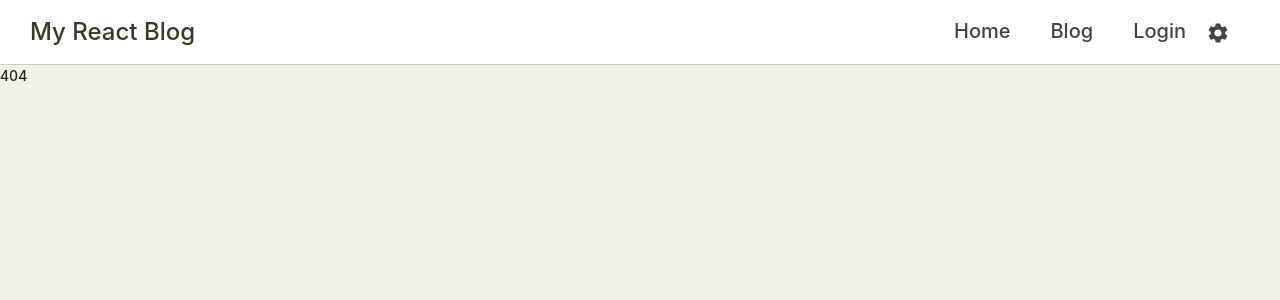
Repository: Kaycee-attah/react_blog
Page: /
These files come from the project's save history. The page is drawn as it stood at one moment and after the next save; the edit follows.
The browser window is 1280 px wide. The pictures show the whole page.
The project was rebuilt for these pictures with package versions that can differ from the ones it lists, and the page was loaded fresh each time.

Above is the page before, as saved 2021-10-09 22:28:40.

After the next save:
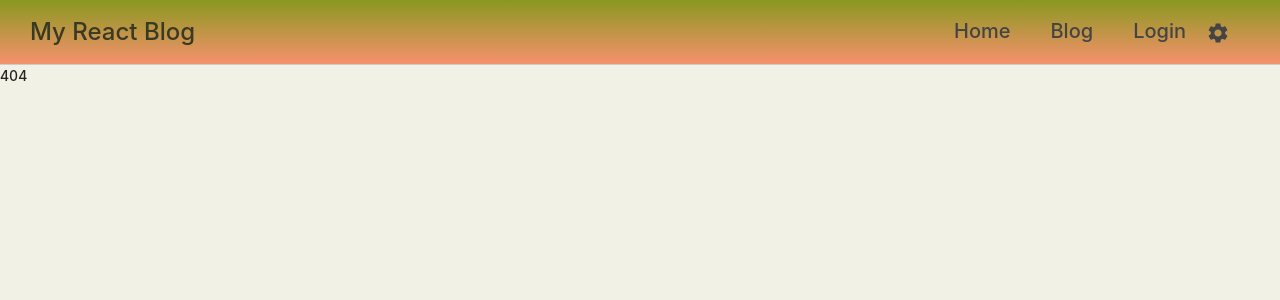
Saved 4 min 14 s later.
--- a/src/assets/scss/_navigation.scss
+++ b/src/assets/scss/_navigation.scss
@@ -5,6 +5,7 @@
     display: flex;
     justify-content: space-between;
     color: $navigation-link-color;
+    background-image: linear-gradient(180deg, $navigation-link-color-onHover, $fff);
     border-bottom: 1px solid #cccccc;
 
     .more-icon {

After the save that followed:
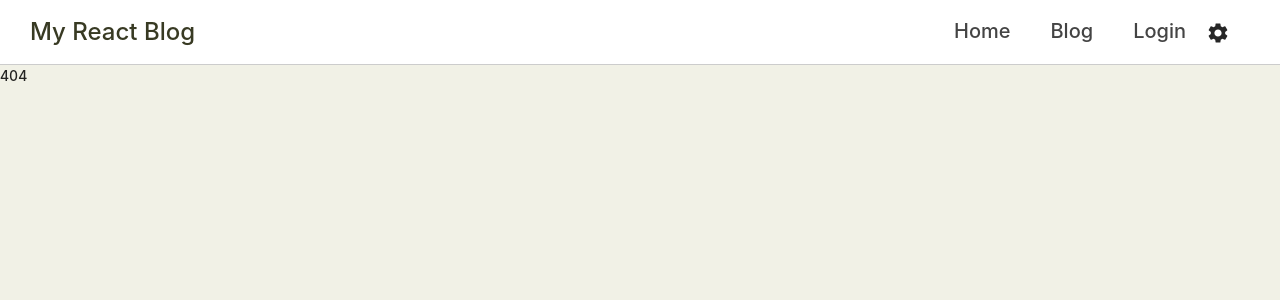
Saved 42 s later.
--- a/src/assets/scss/_navigation.scss
+++ b/src/assets/scss/_navigation.scss
@@ -4,8 +4,8 @@
     background: $navigation-background-color;
     display: flex;
     justify-content: space-between;
-    color: $navigation-link-color;
-    background-image: linear-gradient(180deg, $navigation-link-color-onHover, $fff);
+    color: linear-gradient(180deg, $navigation-link-color-onHover, $fff);
+    // background-image: linear-gradient(180deg, $navigation-link-color-onHover, $fff);
     border-bottom: 1px solid #cccccc;
 
     .more-icon {
